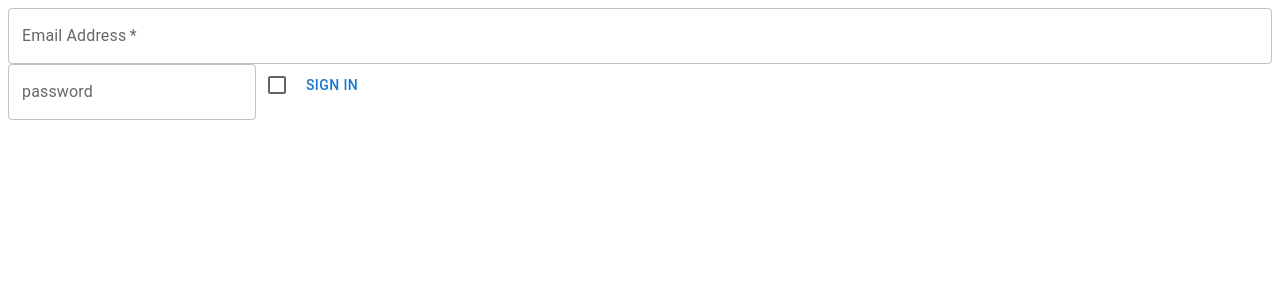
Repository: chlwpdnswku/nextjsportpolioclone
Page: /
These files come from the project's save history. The page is drawn as it stood at one moment and after the next save; the edit follows.
The browser window is 1280 px wide. The pictures show the whole page.
The project was rebuilt for these pictures with package versions that can differ from the ones it lists, and the page was loaded fresh each time. The framework's server and built-in components were replaced by stand-ins that run in the browser. Also part of the build but not shown: next.config.js.

Above is the page before, as saved 2022-08-05 16:39:42.

### pages/index.tsx
import React, { useState } from 'react';
import type { NextPage } from 'next';
import Head from 'next/head';
import Image from 'next/image';
import styles from '../styles/Home.module.css';
import { Button, TextField } from '@mui/material';
import Checkbox from '@mui/material/Checkbox';

const Home: NextPage = () => {
  return (
    <>
      {/* 필수입력 required */}
      <TextField label='Email Address' required fullWidth />
      <TextField label='password' type='password' />
      <Checkbox value='remember' color='primary' />
      {/* 서버로 보내는 서브밋 타이틀을 만들어줌. */}
      <Button type='submit'>SIGN IN</Button>
    </>
  );
};

export default Home;

Loaded but not shown: pages/_app.tsx (common file); styles/globals.css (no stored copy; drawn as an empty file)

After the next save:
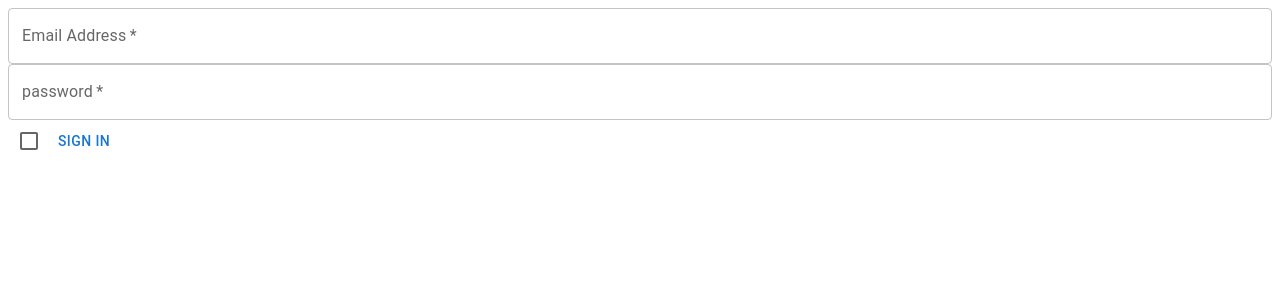
Saved 8 s later.
--- a/pages/index.tsx
+++ b/pages/index.tsx
@@ -11,7 +11,7 @@ const Home: NextPage = () => {
     <>
       {/* 필수입력 required */}
       <TextField label='Email Address' required fullWidth />
-      <TextField label='password' type='password' />
+      <TextField label='password' type='password' required fullWidth />
       <Checkbox value='remember' color='primary' />
       {/* 서버로 보내는 서브밋 타이틀을 만들어줌. */}
       <Button type='submit'>SIGN IN</Button>
